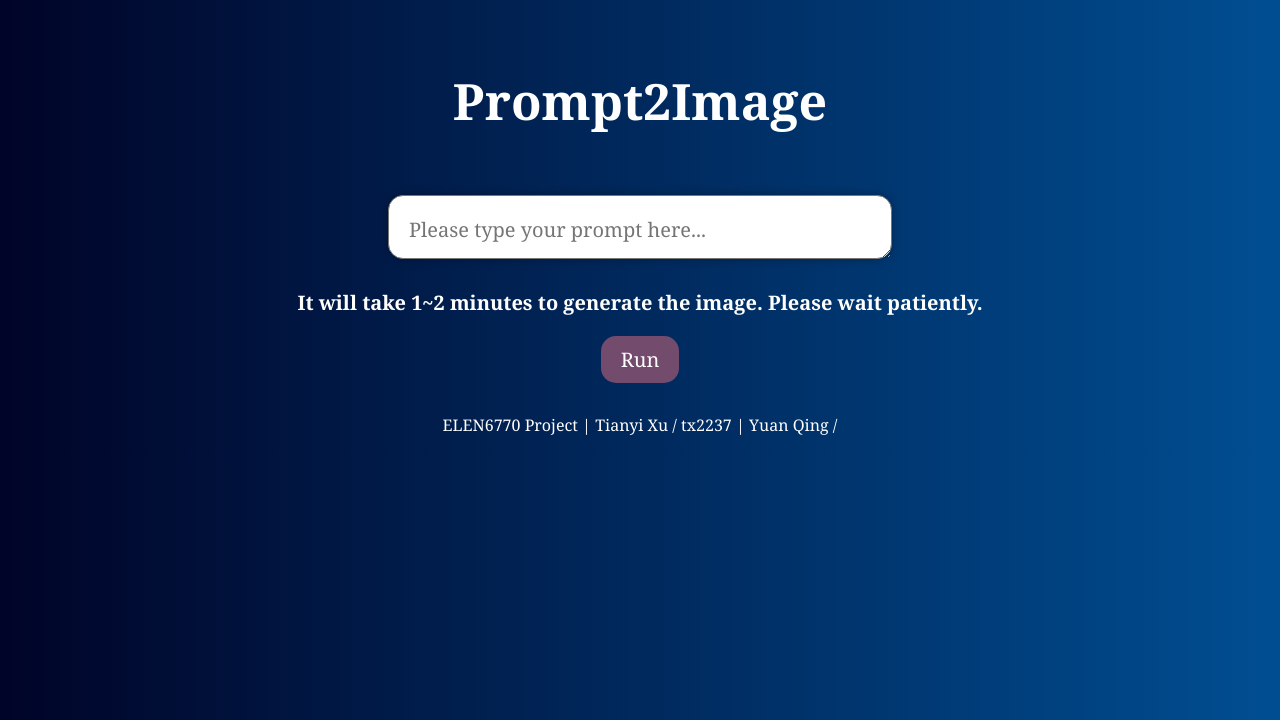
Repository: XTTTZ/Prompt2Image
Page: main3.html
The author's editor kept a copy of each file at every save. The page is drawn from the files as they stood at one save, then again after the next save.
The browser window is 1280 px wide. The page is 1280 px wide, then 1288 px, so the pictures cover 1288 px, including what lies to the right of the window. The pictures show the whole page.
The page's requests for data from a server got no answer.

Above is the page before, as saved 2023-11-30 22:53:58.

After the next save:
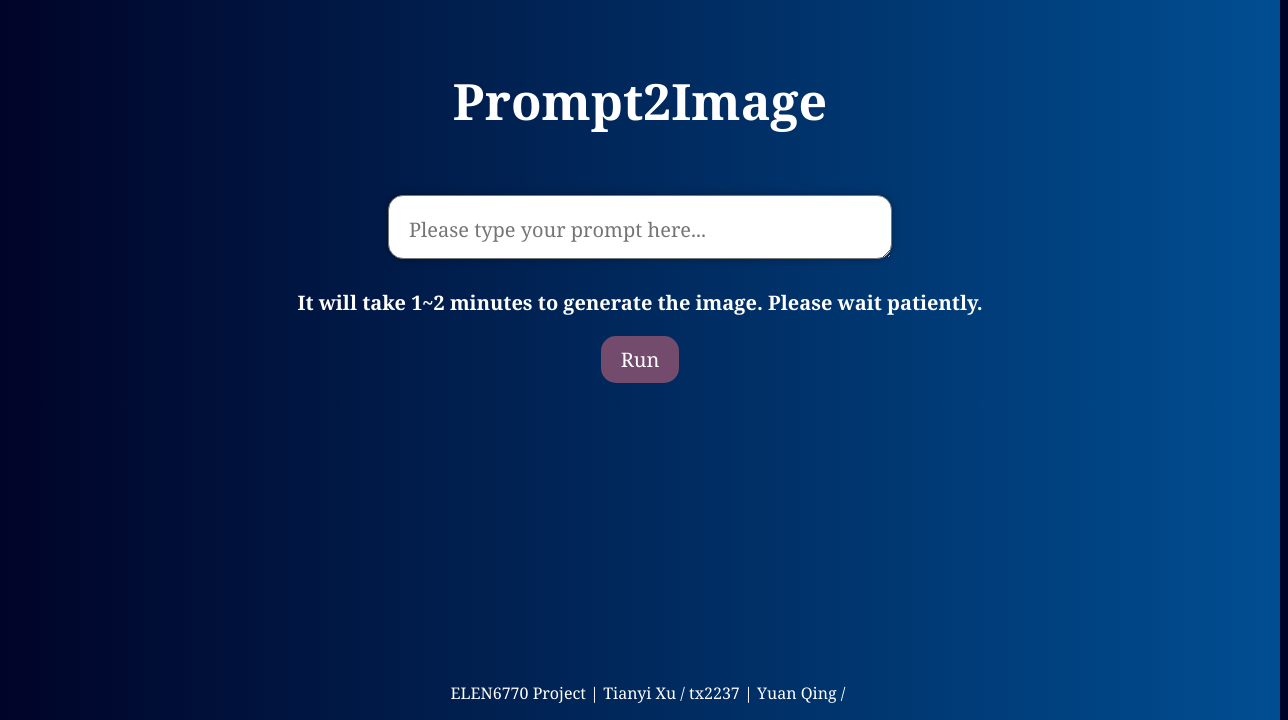
Saved 95 s later.
--- a/main3.html
+++ b/main3.html
@@ -119,7 +119,7 @@
         <button id="downloadButton" onclick="downloadImages()" style="display:none">Download Images</button>
     </form>
 
-    <footer style=" bottom:0; text-align: center;width:100%">
+    <footer style="position:absolute; bottom:0; text-align: center;width:100%">
         <p>ELEN6770 Project | Tianyi Xu / tx2237 | Yuan Qing / </p>
     </footer>
 
